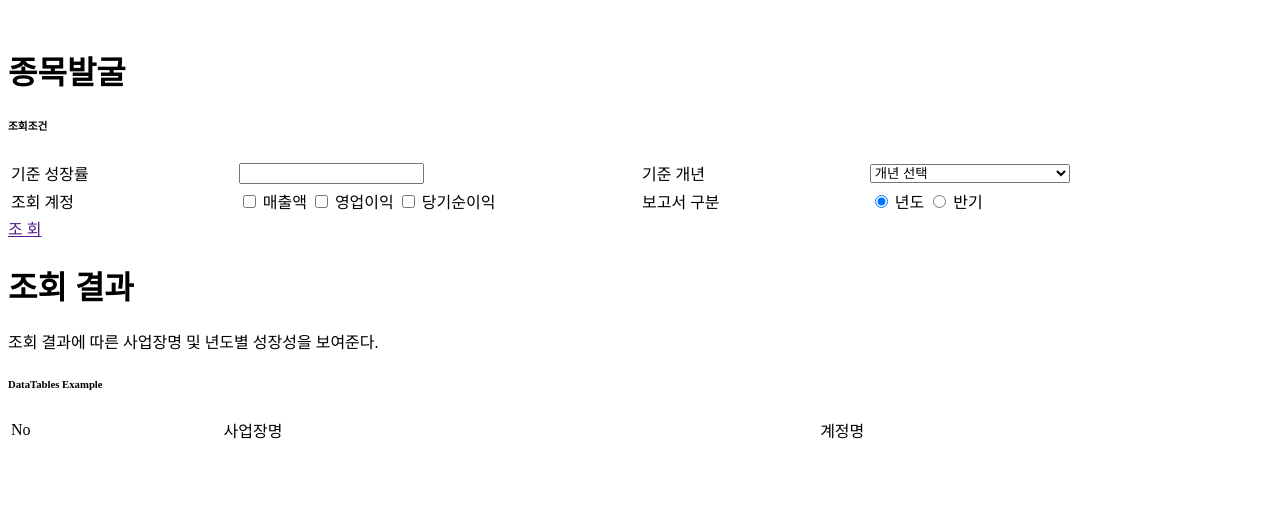
Repository: bangProgram/PJT_Finance
Page: http://localhost/Finance/WEB-INF/views/report/reportList.jsp
The author's editor kept a copy of each file at every save. The page is drawn from the files as they stood at one save, then again after the next save.
The browser window is 1280 px wide. The pictures show the whole page.
The page is served by Tomcat 9. Nobody is signed in. The template is opened directly, without the code that normally fills it, so the values that code supplies are empty.

Above is the page before, as saved 2022-10-28 08:43:22.

After the next save:
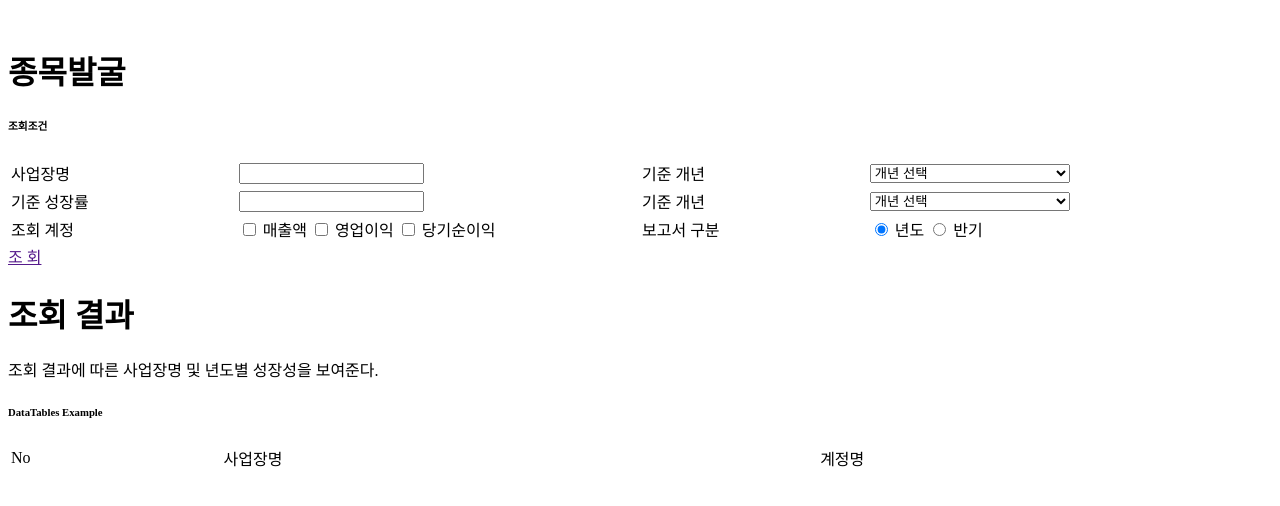
Saved 2 days later.
--- a/Finance/src/main/webapp/WEB-INF/views/report/reportList.jsp
+++ b/Finance/src/main/webapp/WEB-INF/views/report/reportList.jsp
@@ -148,6 +148,16 @@
                 		<col width="32%"/>
                 	</colgroup>
                     <tbody>
+                    	<tr>
+                            <td>사업장명</td>
+							<td><input type="text" name="pCordName" id="pCordName" value="" title="사업장명">  </td>
+							<td>기준 개년</td>
+							<td>
+								<select name="chkYearList" id="chkYearList" title="기준 년도 선택" style="width: 200px;">
+									<option value = "">개년 선택</option>
+								</select>
+							</td>
+                        </tr>
                         <tr>
                             <td>기준 성장률</td>
 							<td><input type="text" name="chkAccRate" id="chkAccRate" value="" title="기준 성장률">  </td>
@@ -215,6 +225,7 @@
 							<c:forEach items="${quaterList}" var="list">
 								<td>${list.HAEDER_NM}</td>
 							</c:forEach>
+							<td>관심목록</td>
 						</tr>
 			        </thead>
 			        <tbody id="bodyList">
